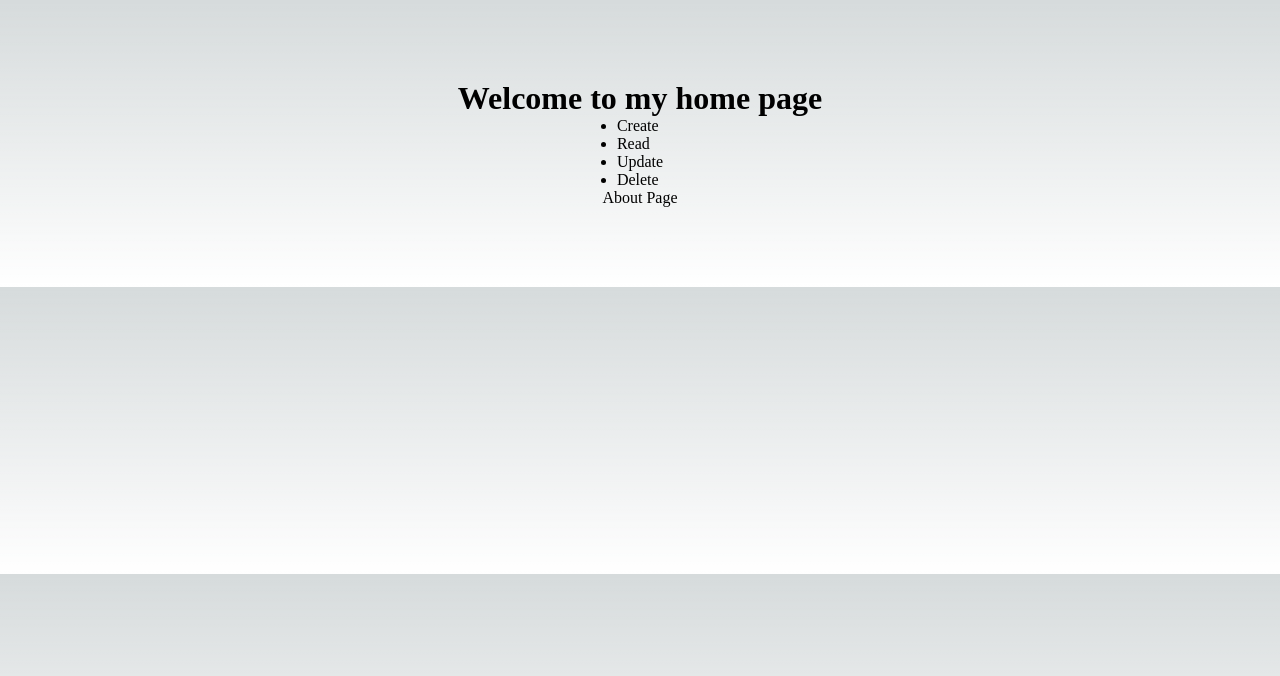
Repository: giovanabirck/class04-playwright
Page: /
An editor plug-in stored every save of this project. The page is shown before and after the next save, followed by the edit.
The browser window is 1280 px wide. The pictures show the whole page.
The project was rebuilt for these pictures with package versions that can differ from the ones it lists, and the page was loaded fresh each time. The framework's server and built-in components were replaced by stand-ins that run in the browser. Also part of the build but not shown: next.config.js.

Above is the page before, as saved 2023-01-26 15:01:07.

After the next save:
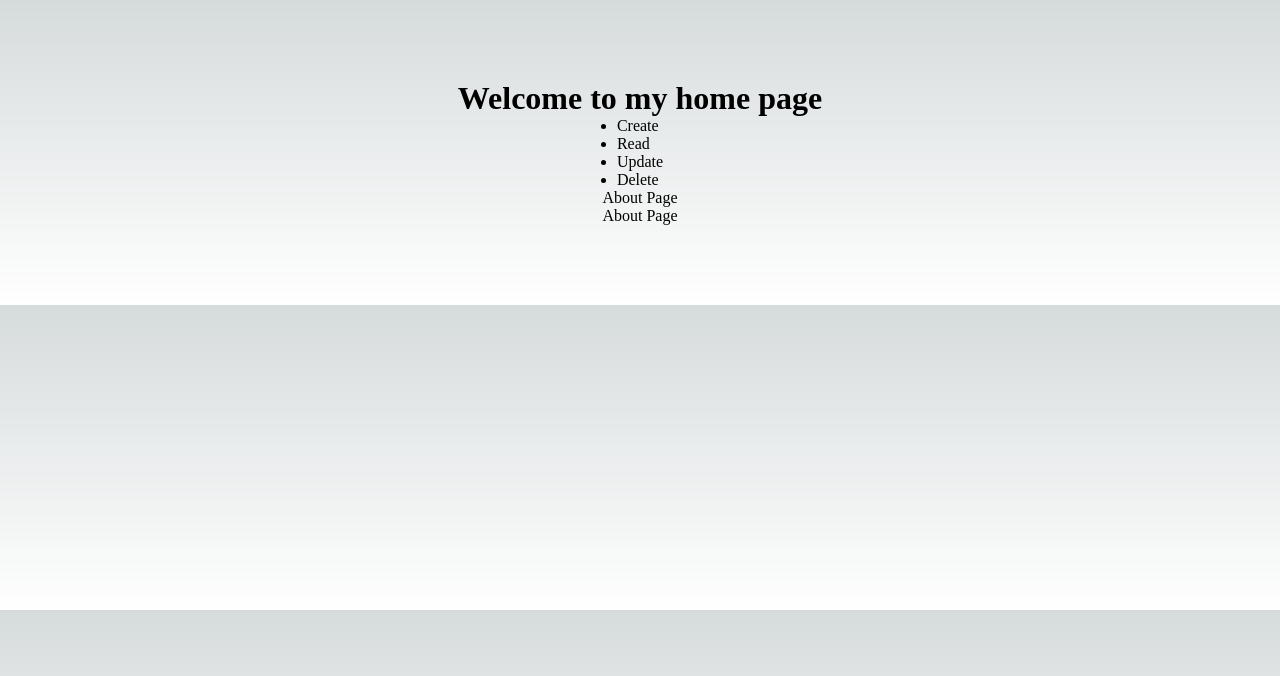
Saved 10 s later.
--- a/pages/index.js
+++ b/pages/index.js
@@ -23,6 +23,7 @@ export default function Home() {
           <li>Delete</li>
         </ul>
         <a href="/about">About Page</a>
+        <a href="/about">About Page</a>
       </main>
     </>
   )
